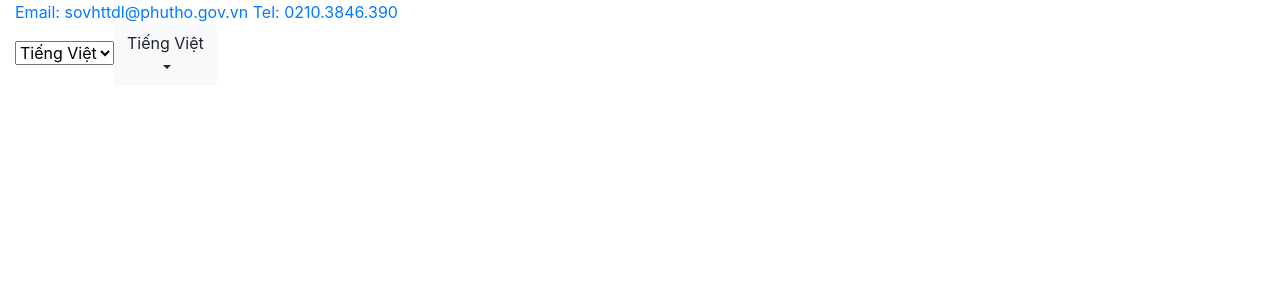
Repository: NgocNB20/Front_end_KLTN
Page: index.html
These files come from the project's save history. The page is drawn as it stood at one moment and after the next save; the edit follows.
The browser window is 1280 px wide. The pictures show the whole page.
Some web fonts or font styles are not loaded; a fallback is used.

Above is the page before, as saved 2021-11-28 09:43:21.

### index.html
<!DOCTYPE html>
<html lang="en">
<head>
    <meta charset="UTF-8">
    <meta http-equiv="X-UA-Compatible" content="IE=edge">
    <meta name="viewport" content="width=device-width, initial-scale=1.0">
    <link rel="stylesheet" href="https://maxcdn.bootstrapcdn.com/bootstrap/4.0.0/css/bootstrap.min.css" integrity="sha384-Gn5384xqQ1aoWXA+058RXPxPg6fy4IWvTNh0E263XmFcJlSAwiGgFAW/dAiS6JXm" crossorigin="anonymous">
    <link href="https://fonts.googleapis.com/css?family=Barlow+Condensed:200,300,400,400i,500,600,700,800,900%7CSatisfy&amp;display=swap" rel="stylesheet">
    <link rel="stylesheet" href="./style.css">
    <title>Travel</title>
</head>
<body>
    <div class="page-wrapper">
        <div class="site-header__header-one-wrap">
            <div class="topbar-one">
                <div class="container-fluid">
                    <div class="topbar-one__left">
                        <a href="mailto:Email: sovhttdl@phutho.gov.vn">Email: sovhttdl@phutho.gov.vn</a>
                        <a href="tel:Tel: 0210.3846.390">Tel: 0210.3846.390</a>
                    </div>
                    <div class="topbar-one__right"></div>
                    <div class="main-nav__right">
                        <div class="dropdown bootstrap-select"><select name="languages" id="languages" class="selectpicker" onchange="javascript:location.href = this.value;" tabindex="-98"><option value="/vi" selected="">Tiếng Việt</option><option value="/en">English</option></select><button type="button" class="btn dropdown-toggle btn-light" data-toggle="dropdown" role="button" data-id="languages" title="Tiếng Việt"><div class="filter-option"><div class="filter-option-inner"><div class="filter-option-inner-inner">Tiếng Việt</div></div> </div></button><div class="dropdown-menu " role="combobox"><div class="inner show" role="listbox" aria-expanded="false" tabindex="-1"><ul class="dropdown-menu inner show"></ul></div></div></div>
                        <a href="#" class="main-nav__search search-popup__toggler"><i class="tripo-icon-magnifying-glass"></i></a>
                        <a href="#" class="main-nav__login login-popup__toggler"><i class="tripo-icon-avatar"></i></a>
                    </div>
                </div>
            </div>
            <div class="container-fluid">

            </div>
        </div>
    </div>

</body>
</html>

### style.css
:root {
    --thm-font: 'Barlow Condensed', sans-serif;
    --heading-font: 'Charmonman', cursive;
    --thm-base: #ffa801;
    --thm-base-rgb: 255, 168, 1;
    --thm-primary: #40b9eb;
    --thm-primary-rgb: 64, 185, 235;
    --thm-secondary: #ff0143;
    --thm-secondary-rgb: 255, 1, 67;
    --thm-black: #082740;
    --thm-black-rgb: 8, 39, 64;
    --thm-gray: #eceeef;
    --blue: #007bff;
    --indigo: #6610f2;
    --purple: #6f42c1;
    --pink: #e83e8c;
    --red: #dc3545;
    --orange: #fd7e14;
    --yellow: #ffc107;
    --green: #28a745;
    --teal: #20c997;
    --cyan: #17a2b8;
    --white: #fff;
    --gray: #6c757d;
    --gray-dark: #343a40;
    --primary: #007bff;
    --secondary: #6c757d;
    --success: #28a745;
    --info: #17a2b8;
    --warning: #ffc107;
    --danger: #dc3545;
    --light: #f8f9fa;
    --dark: #343a40;
    --breakpoint-xs: 0;
    --breakpoint-sm: 576px;
    --breakpoint-md: 768px;
    --breakpoint-lg: 992px;
    --breakpoint-xl: 1200px;
    --font-family-sans-serif: -apple-system,BlinkMacSystemFont,"Segoe UI",Roboto,"Helvetica Neue",Arial,"Noto Sans",sans-serif,"Apple Color Emoji","Segoe UI Emoji","Segoe UI Symbol","Noto Color Emoji";
    --font-family-monospace: SFMono-Regular,Menlo,Monaco,Consolas,"Liberation Mono","Courier New",monospace;
}

After the next save:
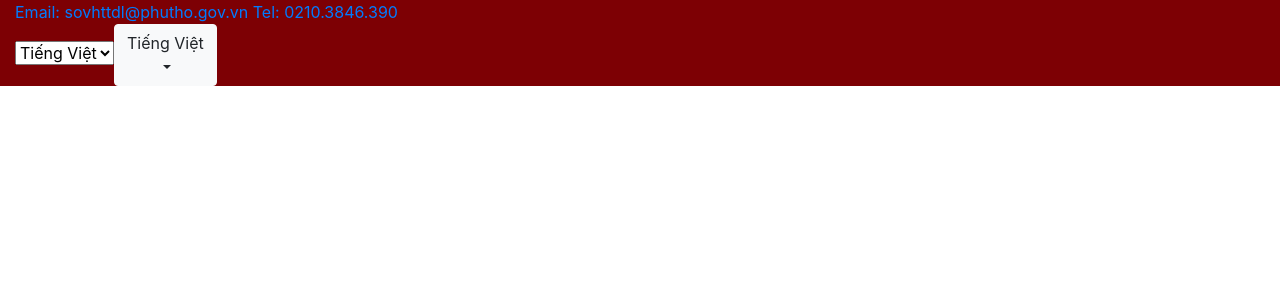
Saved 5 min 9 s later.
--- a/style.css
+++ b/style.css
@@ -39,3 +39,6 @@
     --font-family-sans-serif: -apple-system,BlinkMacSystemFont,"Segoe UI",Roboto,"Helvetica Neue",Arial,"Noto Sans",sans-serif,"Apple Color Emoji","Segoe UI Emoji","Segoe UI Symbol","Noto Color Emoji";
     --font-family-monospace: SFMono-Regular,Menlo,Monaco,Consolas,"Liberation Mono","Courier New",monospace;
 }
+.topbar-one {
+    background-color: #7d0004;
+}
